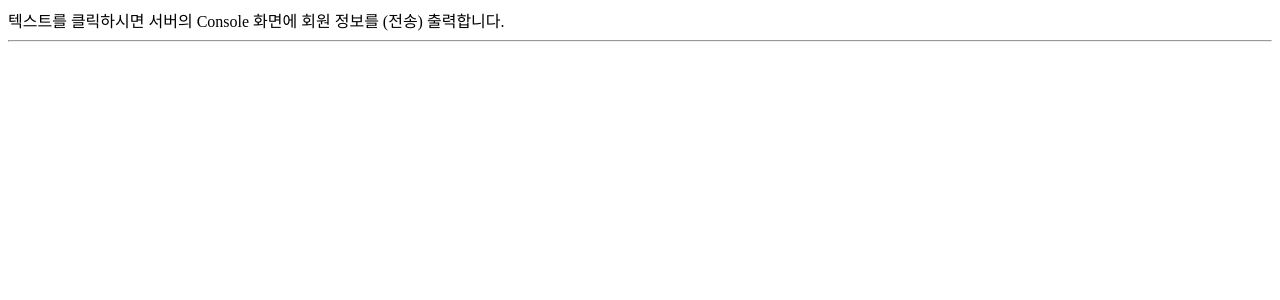
Repository: qkr5318/JSP_STUDY
Page: http://localhost/SIXTH_JSP/study03/json7.jsp
The author's editor kept a copy of each file at every save. The page is drawn from the files as they stood at one save, then again after the next save.
The browser window is 1280 px wide. The pictures show the whole page.
The page is served by Tomcat 9.

Above is the page before, as saved 2023-01-06 08:13:55.

After the next save:
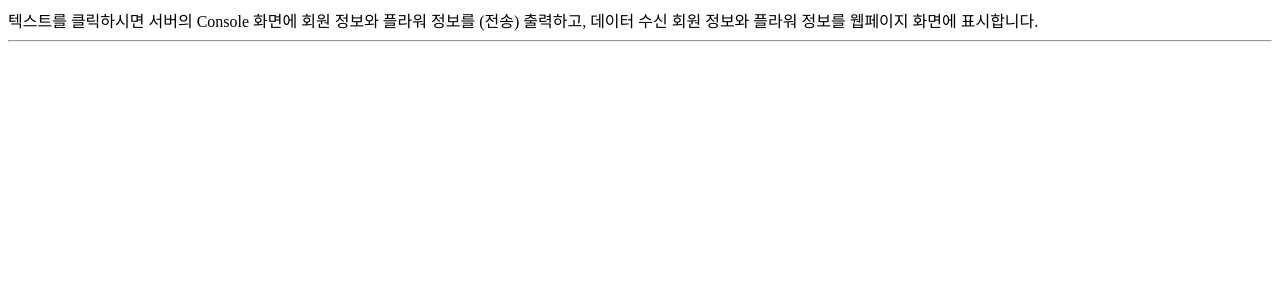
Saved 2 min 39 s later.
--- a/SIXTH_JSP/WebContent/study03/json7.jsp
+++ b/SIXTH_JSP/WebContent/study03/json7.jsp
@@ -48,9 +48,14 @@
 							flowerInfo += "작가 : " + jsonInfo.flowers[i].writer + "<br>";
 							flowerInfo += "가격 : " + jsonInfo.flowers[i].price + "<br>";
 							flowerInfo += "장르 : " + jsonInfo.flowers[i].genre + "<br>";
+
+
+							// 이미지 URL을 구해서, img 태그의 src 속석ㅇ에 설정합니다.
+							imageURL = jsonInfo.flowers[i].image;
+							flowerInfo += "<img src=" + imageURL +" />" + "<br> <hr>";
 						}
 
-						$("#output").html(memberInfo);
+						$("#output").html(memberInfo + "<br>" + flowerInfo);
 					},
 					error: function() {
 						alert("에러가 발생했습니다.")
@@ -64,7 +69,7 @@
 
 </head>
 <body>
-	<a id="checkJson" style="cursor:pointer">텍스트를 클릭하시면 서버의 Console 화면에 회원 정보를 (전송) 출력합니다.</a>
+	<a id="checkJson" style="cursor:pointer">텍스트를 클릭하시면 서버의 Console 화면에 회원 정보와 플라워 정보를  (전송) 출력하고, 데이터 수신 회원 정보와 플라워 정보를 웹페이지 화면에 표시합니다.</a>
 	<br> <hr>
 	<div id="output"></div>
 </body>
